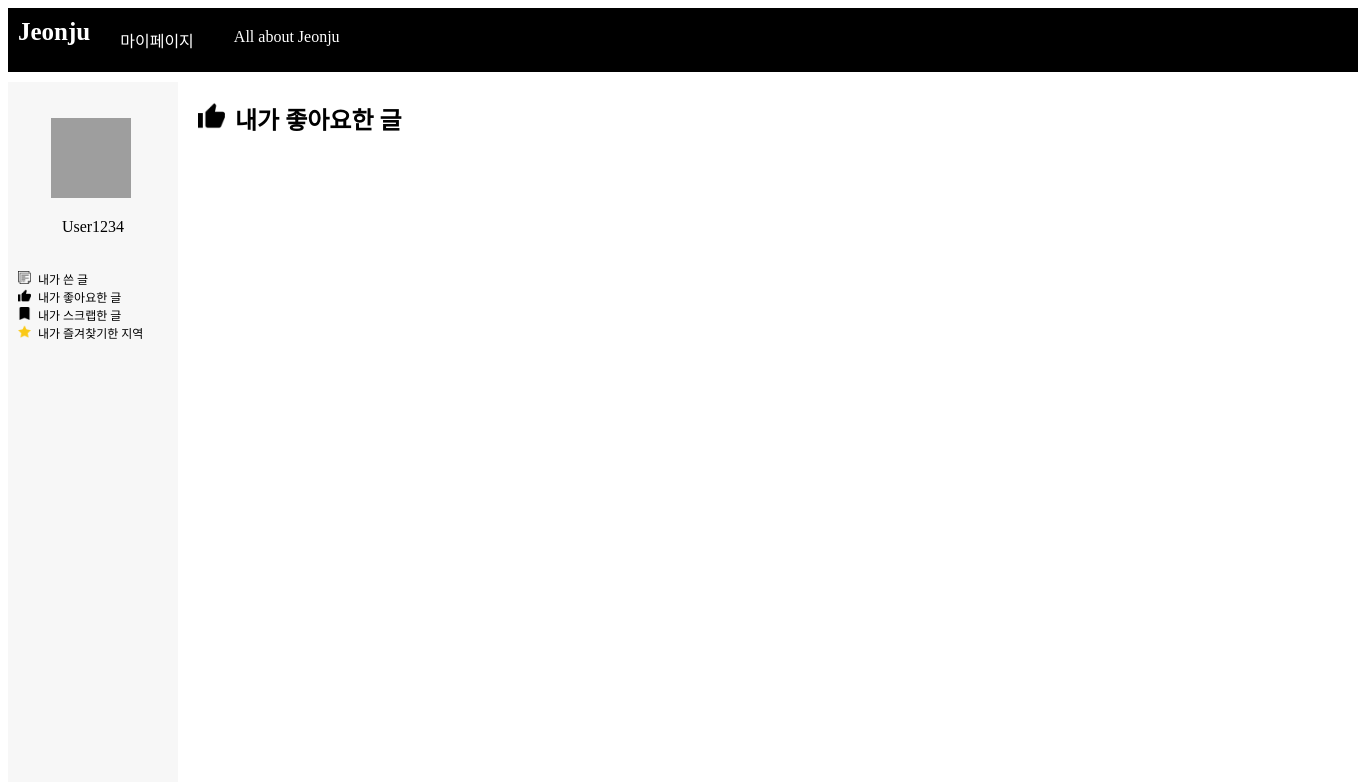
Repository: wka99/WEB-PROJECT
Page: Jeonju/WebContent/UserPage2.html
These files come from the project's save history. The page is drawn as it stood at one moment and after the next save; the edit follows.
The browser window is 1280 px wide. The page is 1358 px wide, so the pictures cover 1358 px, including what lies to the right of the window. The pictures show the whole page.
Pictures or frames that could not be fetched are drawn as grey boxes. An inner scrolling area shows only its first screen.

Above is the page before, as saved 2018-12-03 09:55:04.

### Jeonju/WebContent/UserPage2.html
<!DOCTYPE html>
<html>
<head>
<meta content="text/html" charset="EUC-KR">
<title>전주 mypage</title>
<link rel="stylesheet" type="text/css" href="NewFile.css">
</head>
<body>
<div id="container">
	<ul class="menubar">
		<li class="h"><a class="title" href="##"><b>Jeonju</b></a></li>
		<li class="h"><a class="h" href="UserPage.html">마이페이지</a>
			<ul>
				<li><a href="UserPage.html">내가 쓴 글</a></li>
				<li><a href="UserPage2.html">내가 좋아요한 글</a></li>
				<li><a href="UserPage3.html">내가 스크랩한 글</a></li>
				<li><a href="UserPage4.html">내가 즐겨찾기한 글</a></li>
			</ul>
		</li>
		<li class="h"><a class="h" href="##">All about Jeonju</a></li>
	</ul>
    <nav>
    	<br><br>
    	<img id="userImg" src="user.png" width="80px" height="80px"></img>
    	<br><p align="center">User1234</p><br></a>
	<div class="menu">
    	<img id="usermenuimg" src="paper.png"></img>
    	<a href="UserPage.html"><span>&nbsp;내가 쓴 글</span><br></a>
    	<img id="usermenuimg" src="thumb-up-button.png"></img>
    	<a href="UserPage2.html"><span>&nbsp;내가 좋아요한 글</span><br></a>
    	<img id="usermenuimg" src="bookmark-ribbon.png"></img>
    	<a href="UserPage3.html"><span>&nbsp;내가 스크랩한 글</span><br></a>
    	<img id="usermenuimg" src="star.png"></img>
    	<a href="UserPage4.html"><span>&nbsp;내가 즐겨찾기한 지역</span></a>
	</div>
    </nav>
    <section>
    	<div class="title">
    		<img class="bigMenu" id="내가 좋아요한 글" src="thumb-up-button.png" width="27px" height="27px"></img>
    		<b><font size="5">&nbsp;내가 좋아요한 글</font></b>
    	</div>
    </section>
</div>
</body>
</html>

### Jeonju/WebContent/NewFile.css
	#container{
		width:1350px;
		margin:0px auto;
	}
	header{
		    		width:100%;
                    height:50px;
                    background-color:black;
                    color:white;
                   }
    .menubar{
    	list-style-type:none;
    	margin:0;
    	padding:0;
    	overflow:hidden;
    	background-color:black;
    }
    li.h{
    	float:left;
    	solid #bbb;
    }
    li.h a.h{
    	display:block;
    	color:white;
    	text-align:center;
    	padding:20px;
    	text-decoration:none;
    }
    li.h a.title{
    	display:block;
    	color:white;
    	text-align:center;
    	padding:10px;
    	text-decoration:none;
    	font-size:25px;
    }
    .menubar li ul{
    	opacity:0.8;
		background: rgb(109,109,109);
		display:none; /* 평상시에는 드랍메뉴가 안보이게 하기 */
		height:auto;
		padding:0px;
		margin:0px;
		border:0px;
		position:absolute;
		width:200px;
		z-index:200;
	}
	.menubar li:hover ul{
		display:block; /* 마우스 커서 올리면 드랍메뉴 보이게 하기 */
	}
	.menubar li li {
	background: rgb(109,109,109);
	display:block;
	float:none;
	margin:0px;
	padding:0px;
	width:200px;
	}
	.menubar li:hover li a{
	background:none;
	}
	.menubar li ul a{
	display:block;
    color:white;
    text-align:left;
    text-decoration:none;
    padding:15px;
	}
	.menubar li ul a:hover, .menubar li ul li:hover a{
	background: rgb(71,71,71);
	border:0px;
	color:#ffffff;
	text-decoration:none;
	}
    li.h a.h:hover{background-color:#dfdfdf;}

    .searchwindow {
	display: inline-block;
	width: 800px; height: 34px;
	border: 1px solid black;
	background: white;
	align:center;
	margin-left:100px;
	}
	.searchtext {
		width: 731px; height: 21px;
		margin: 6px 0 0 9px;
		border: 0;
		line-height: 21px;
		font-size: 16px;
		outline: none;
	}
	.searchwindow4 {
	display: inline-block;
	width: 700px; height: 34px;
	border: 1px solid black;
	background: white;
	align:center;
	}
	.searchtext4 {
		width: 631px; height: 21px;
		margin: 6px 0 0 9px;
		border: 0;
		line-height: 21px;
		font-size: 16px;
		outline: none;
	}
	.search,.search4 {
		width: 54px; height: 34px;
		margin: 0; border: 0;
		vertical-align: top;
		background: black;
		color: white;
		border-radius: 1px;
		cursor: pointer;
	}
	.search:hover,.search4:hover {
		background: #faa93e;
	}

	.btn-2,
	.btn-2::after {
	  -webkit-transition: all 0.3s;
	    -moz-transition: all 0.3s;
	  -o-transition: all 0.3s;
	    transition: all 0.3s;
	}
	.btn-2{
	  background: none;
	  border: 2px solid #000000;
	  border-radius: 5px;
	  color: #000000;
	  display: block;
	  font-size: 20px;

	  position: relative;
	  text-transform: uppercase;
	}

	.btn-2::before,
	.btn-2::after {
	  background: #000000;
	  content: '';
	  position: absolute;
	  z-index: -1;
	}

	.btn-2:hover {
	  color: #fff;
	}

	.btn-2::after {
	  height: 100%;
	  left: 0;
	  top: 0;
	  width: 0;
	}

	.btn-2:hover:after {
	  width: 100%;
	}
	select {
		margin-left:100px;
	    width: 100px;
	    height: 40px;
	    padding-left: 10px;
	    font-size: 18px;
	    color:#636363;
	    border: 1px solid #636363;
	    border-radius: 3px;
	    -webkit-appearance: none; /* 화살표 없애기 for chrome*/
	   -moz-appearance: none;    /* 화살표 없애기 for firefox*/
	   appearance: none;         /* 화살표 없애기 공통*/
	}
    nav{
            float:left;
            margin-top:10px;
            background-color:#f7f7f7;
            width:170px;
            height:700px;}
    section{
    		float:left;
    	}
    #userImg{margin-left:43px;}
    #usermenuimg{margin-left:10px;width:13px;height:13px;}
	.menu{margin-bottom:5px;}
    nav span{font-size:12px;}
    .menu a{color:black;text-decoration:none;}
    header a{color:white;text-decoration:none;}
    .bigMenu{margin-left:20px; margin-top:30px;}
    .myPost,.bookmark_posts{width:800px; height:500px; margin-left:100px; overflow:auto; background-color:#b0b0b0;}
    #user-table,#bookmark-table{margin:0 auto;text-align:center;border-collapse:collapse;width:700px;
                border:1px solid gray; background-color:white;}
    #user-table td,#bookmark-table td{padding:5px;}

After the next save:
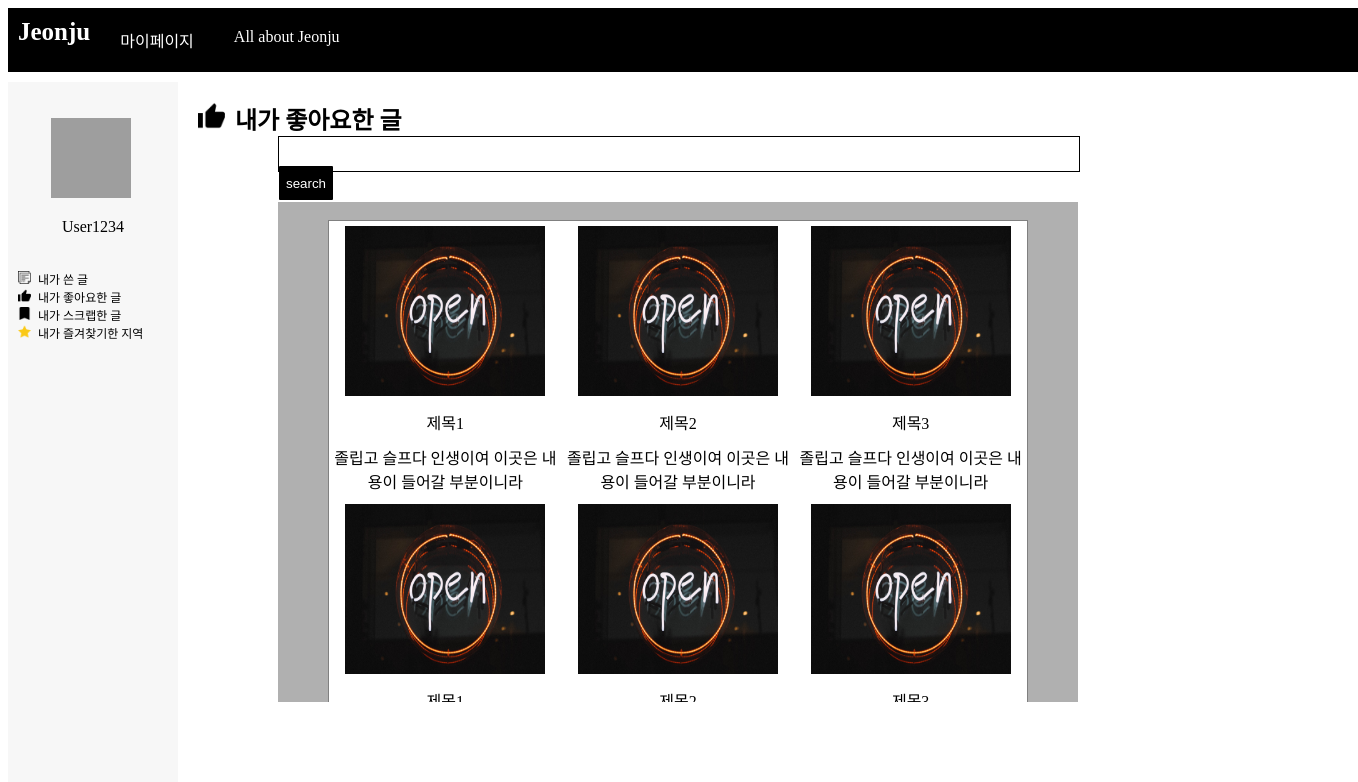
Saved 2 min 20 s later.
--- a/Jeonju/WebContent/UserPage2.html
+++ b/Jeonju/WebContent/UserPage2.html
@@ -39,6 +39,48 @@
     		<img class="bigMenu" id="내가 좋아요한 글" src="thumb-up-button.png" width="27px" height="27px"></img>
     		<b><font size="5">&nbsp;내가 좋아요한 글</font></b>
     	</div>
+    	<div class="searchwindow">
+    		<input type="text" class="searchtext" value=""/>
+    		<button id="searchbutton" type="button" class="search">search</button>
+    	</div>
+    	<br><br>
+    	<div class="myPost">
+    	<br>
+    	<table id="user-table">
+    		<tbody>
+    		<tr>
+				<td><img src="ds.jpg" width="200px" height="170px"></td>
+				<td><img src="ds.jpg" width="200px" height="170px"></td>
+				<td><img src="ds.jpg" width="200px" height="170px"></td>
+    		</tr>
+    		<tr>
+    			<td height="10px">제목1</td>
+				<td height="10px">제목2</td>
+				<td height="10px">제목3</td>
+    		</tr>
+    		<tr>
+    			<td height="50px">졸립고 슬프다 인생이여 이곳은 내용이 들어갈 부분이니라</td>
+				<td height="50px">졸립고 슬프다 인생이여 이곳은 내용이 들어갈 부분이니라</td>
+				<td height="50px">졸립고 슬프다 인생이여 이곳은 내용이 들어갈 부분이니라</td>
+    		</tr>
+    		<tr>
+				<td><img src="ds.jpg" width="200px" height="170px"></td>
+				<td><img src="ds.jpg" width="200px" height="170px"></td>
+				<td><img src="ds.jpg" width="200px" height="170px"></td>
+    		</tr>
+    		<tr>
+    			<td height="10px">제목1</td>
+				<td height="10px">제목2</td>
+				<td height="10px">제목3</td>
+    		</tr>
+    		<tr>
+    			<td height="50px">졸립고 슬프다 인생이여 이곳은 내용이 들어갈 부분이니라</td>
+				<td height="50px">졸립고 슬프다 인생이여 이곳은 내용이 들어갈 부분이니라</td>
+				<td height="50px">졸립고 슬프다 인생이여 이곳은 내용이 들어갈 부분이니라</td>
+    		</tr>
+    		</tbody>
+    	</table>
+    	</div>
     </section>
 </div>
 </body>
